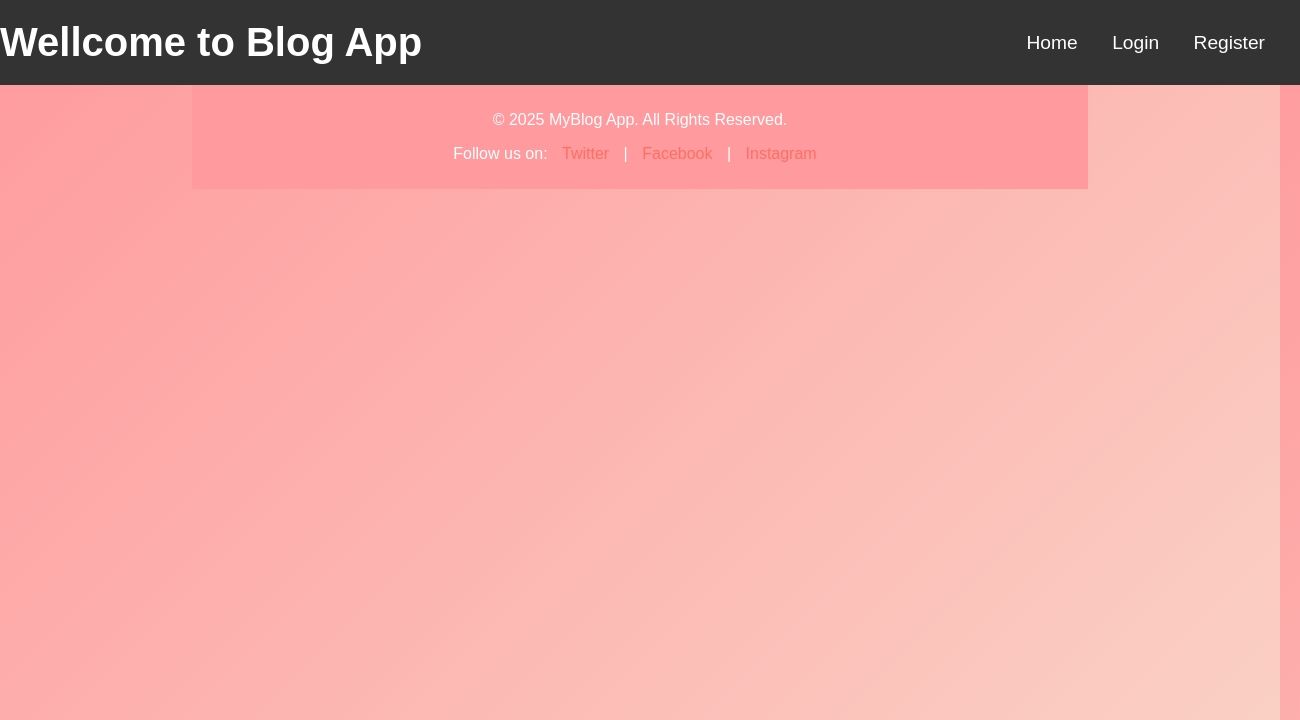
Repository: kapucuonur/blog_App
Page: posts/templates/posts/base.html
An editor plug-in stored every save of this project. The page is shown before and after the next save, followed by the edit.
The browser window is 1280 px wide. The page is 1300 px wide, so the pictures cover 1300 px, including what lies to the right of the window. The pictures show the whole page.
The template is drawn by Django 4.2. The application's start-up code is not run. Other server files are loaded and not shown. The template is opened directly, without the code that normally fills it, so the values that code supplies are empty.

Above is the page before, as saved 2025-01-28 13:34:47.

### posts/templates/posts/base.html
{% load static %}
<!DOCTYPE html>
<html lang="en">
<head>
    <meta charset="UTF-8">
    <meta name="viewport" content="width=device-width, initial-scale=1.0">
    <title>Blog App</title>
    <link rel="stylesheet" href="{% static 'css/styles.css' %}">
</head>
<body>
    <header>
        <h1> Wellcome to Blog App</h1>
        <nav>
            <a href="{% url 'index' %}">Home</a>
            {% if user.is_authenticated %}
                <a href="{% url 'logout' %}">Logout</a>
            {% else %}
                <a href="{% url 'login' %}">Login</a>
                <a href="{% url 'register' %}">Register</a>
            {% endif %}
        </nav>
    </header>


    <main>
        {% block content %}
        {% endblock %}
    </main>
</body>
<footer>
    <p>&copy; 2025 MyBlog App. All Rights Reserved.</p>
    <p>Follow us on:
        <a href="https://twitter.com" target="_blank">Twitter</a> |
        <a href="https://facebook.com" target="_blank">Facebook</a> |
        <a href="https://instagram.com" target="_blank">Instagram</a>
    </p>
</footer>
</html>

### static/css/styles.css
/* General styling */
body {
    font-family: Arial, sans-serif;
    margin: 0;
    padding: 0;
    display: flex;
    flex-direction: column;
    align-items: center;
    justify-content: flex-start;
    height: 100vh;
    background: linear-gradient(135deg, #ff9a9e, #fad0c4);
    animation: backgroundMove 5s infinite alternate;
    box-sizing: border-box;
}

@keyframes backgroundMove {
    from {
        background-position: 0% 50%;
    }
    to {
        background-position: 100% 50%;
    }
}

/* Header and Navigation */
header {
    width: 100%;
    background-color: #333;
    color: white;
    padding: 20px;
    display: flex;
    justify-content: space-between;
    align-items: center;
}

header h1 {
    margin: 0;
    font-size: 2.5rem;
}

nav a {
    color: white;
    margin: 0 15px;
    text-decoration: none;
    font-size: 1.2rem;
    transition: color 0.3s ease;
}

nav a:hover {
    color: #ff6f61;
}

/* Welcome message styling */
.welcome-message {
    text-align: center;
    margin-top: 30px;
    color: #444;
}

.welcome-message h2 {
    font-size: 2rem;
    color: #333;
}

.welcome-message p {
    font-size: 1.2rem;
    color: #555;
}

/* Posts container */
.posts-container {
    display: flex;
    justify-content: center;
    margin-top: 30px;
}

.posts {
    width: 70%;
    max-width: 800px;
}

.post {
    background-color: #fff;
    padding: 20px;
    margin-bottom: 20px;
    border-radius: 10px;
    box-shadow: 0 4px 15px rgba(0, 0, 0, 0.1);
}

.post h4 {
    margin: 0;
    font-size: 1.5rem;
    color: #333;
}

.post p {
    font-size: 1.2rem;
    color: #555;
}

.author {
    font-size: 1rem;
    color: #777;
    margin-top: 10px;
    font-style: italic;
}

/* Form styling */
form {
    background: #fff;
    padding: 30px;
    border-radius: 10px;
    box-shadow: 0 4px 15px rgba(0, 0, 0, 0.1);
    width: 300px;
    animation: slideDown 0.6s ease-in-out;
}

/* Heading inside the form */
form h2 {
    margin-bottom: 20px;
    color: #444;
    text-align: center;
    animation: fadeIn 1s ease-in-out;
}

/* Input styling */
form input {
    width: 100%;
    padding: 12px;
    margin-bottom: 20px;
    border: 1px solid #ccc;
    border-radius: 5px;
    font-size: 16px;
    box-shadow: inset 0 2px 5px rgba(0, 0, 0, 0.1);
    transition: border-color 0.3s ease, box-shadow 0.3s ease;
}

form input:focus {
    border-color: #ff6f61;
    box-shadow: 0 0 8px rgba(255, 111, 97, 0.5);
    outline: none;
}

/* Button styling */
form button {
    width: 100%;
    padding: 12px;
    background: #ff6f61;
    color: white;
    border: none;
    border-radius: 5px;
    font-size: 16px;
    font-weight: bold;
    cursor: pointer;
    transition: background 0.3s ease, transform 0.2s ease;
}

form button:hover {
    background: #e64c3c;
    transform: translateY(-2px);
}

/* Link styling */
form a {
    display: block;
    text-align: center;
    margin-top: 15px;
    text-decoration: none;
    color: #555;
    font-size: 14px;
    transition: color 0.3s ease;
}

form a:hover {
    color: #ff6f61;
}

/* Animations */
@keyframes slideDown {
    from {
        opacity: 0;
        transform: translateY(-20px);
    }
    to {
        opacity: 1;
        transform: translateY(0);
    }
}

@keyframes fadeIn {
    from {
        opacity: 0;
    }
    to {
        opacity: 1;
    }
}
/* Footer styling */
footer {
    width: 70%;
    background-color: #ff9a9e;
    color: white;
    padding: 10px 0;
    text-align: center;
    font-size: 1rem;
    position: relative;
    bottom: 0;
    left: 0;
}

/* Footer links styling */
footer a {
    color: #ff6f61;
    text-decoration: none;
    margin: 0 10px;
    transition: color 0.3s ease;
}

/* Footer links hover effect */
footer a:hover {
    color: white;
}

After the next save:
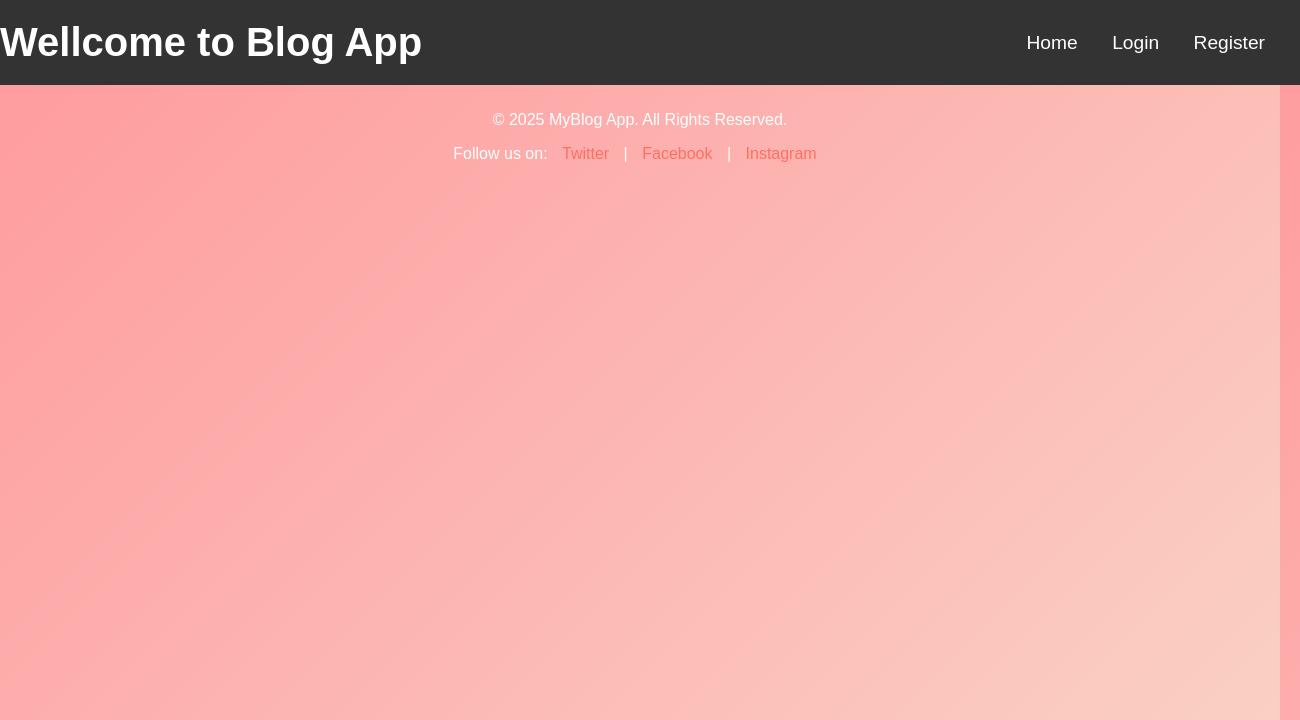
Saved 20 s later.
--- a/static/css/styles.css
+++ b/static/css/styles.css
@@ -198,7 +198,7 @@ form a:hover {
 /* Footer styling */
 footer {
     width: 70%;
-    background-color: #ff9a9e;
+    background-color:;
     color: white;
     padding: 10px 0;
     text-align: center;
